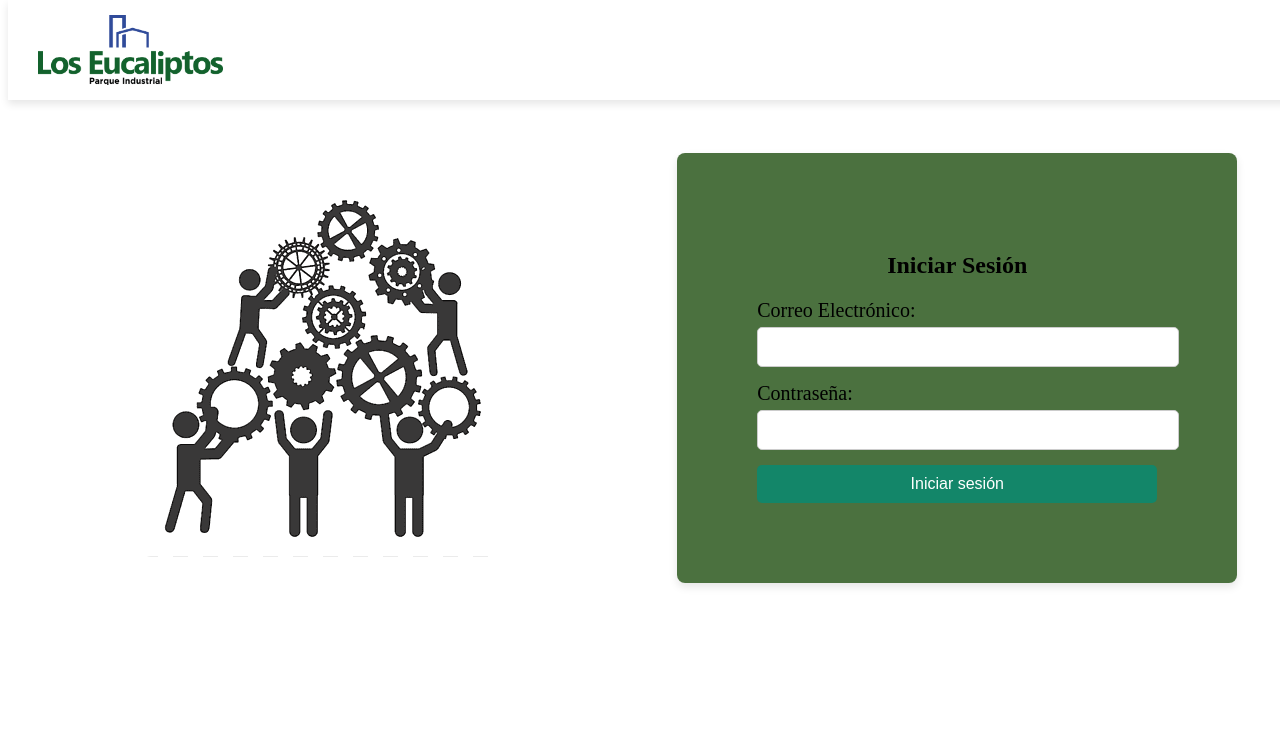
Repository: Los-Eucaliptos-WebApp/Los-Eucaliptos-FrontEnd
Page: pages/los-eucaliptos-login/index.html
The author's editor kept a copy of each file at every save. The page is drawn from the files as they stood at one save, then again after the next save.
The browser window is 1280 px wide. The pictures show the whole page.

Above is the page before, as saved 2025-02-17 00:52:57.
Console error: TypeError: Cannot read properties of null (reading 'addEventListener')

After the next save:
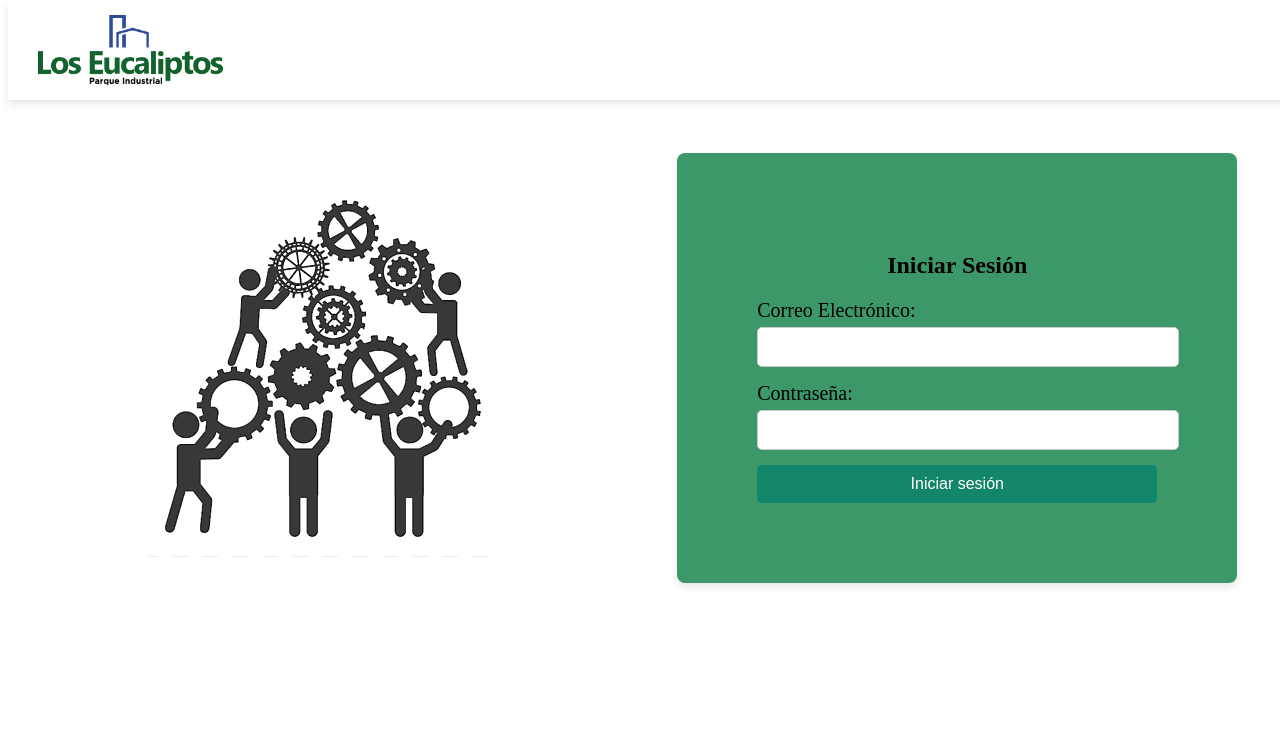
Saved 9 s later.
--- a/pages/los-eucaliptos-login/styles.css
+++ b/pages/los-eucaliptos-login/styles.css
@@ -55,7 +55,7 @@
 .form-container {
     width: 100%;
     max-width: 400px;
-    background-color: rgba(31, 78, 16, 0.8);
+    background-color: rgba(12, 125, 68, 0.8);
     padding: 80px;
     border-radius: 8px;
     box-shadow: 0 4px 8px rgba(0, 0, 0, 0.1);
